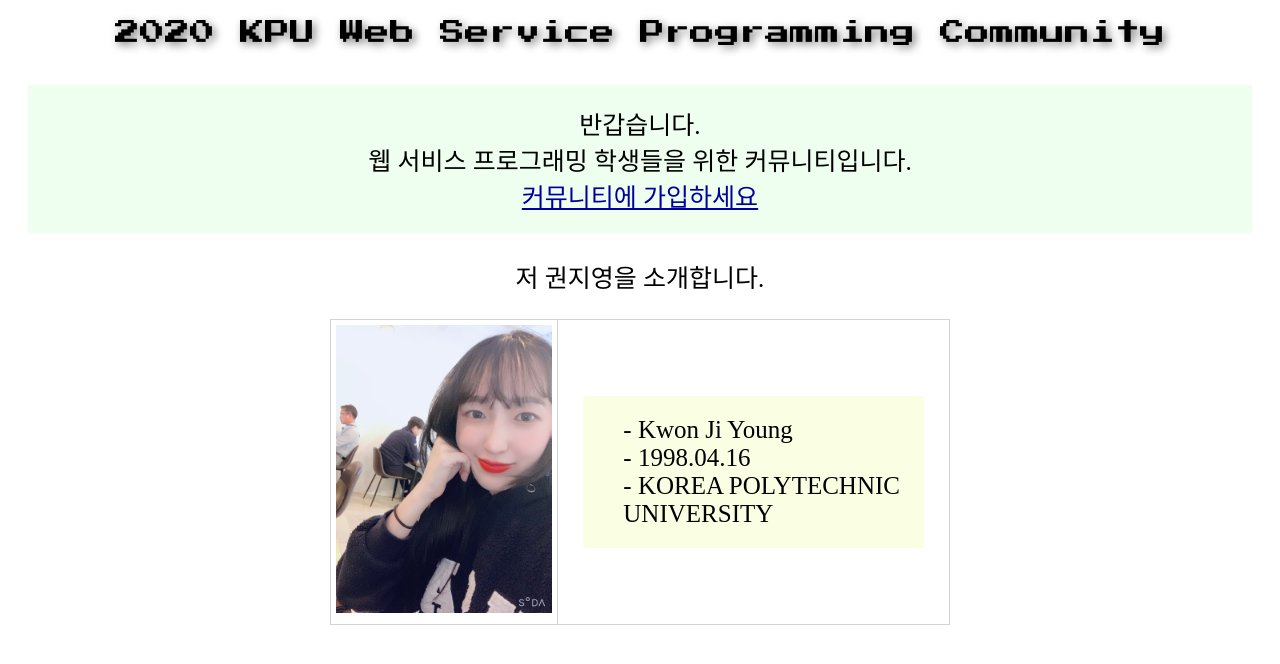
Repository: JiYoung-Kwon/WebProgramming
Page: workspace_20206R/kwonjiyoung_reg/WebContent/welcome.html
An editor plug-in stored every save of this project. The page is shown before and after the next save, followed by the edit.
The browser window is 1280 px wide. The pictures show the whole page.
Some web fonts or font styles are not loaded; a fallback is used.

Above is the page before, as saved 2020-10-07 07:58:30.

### workspace_20206R/kwonjiyoung_reg/WebContent/welcome.html
<!DOCTYPE html>
<html>

<head>
<meta charset="UTF-8">
<title>Web Service Programming Homework</title>
<link rel="stylesheet" href="resources/register.css" type="text/css"></link>
</head>

<body>
	<header> 2020 KPU Web Service Programming Community </header>

	<audio src="resources/물방울 - Tido Kang.mp3" autoplay>
	</audio>


	<p id=sect>
		반갑습니다. <br> 웹 서비스 프로그래밍 학생들을 위한 커뮤니티입니다. <br>
		<a	href="http://localhost:8080/kwonjiyoung_reg/StudentServlet?cmd=join" target="_self"> 커뮤니티에 가입하세요</a>
	</p>

	<div>
		<p>저 권지영을 소개합니다.</p>

		<div>
			<table>
				<tr>
					<th> <img src="resources/Jiyoung.jpg" alt="jiyoung" width="216"height="288"></th>
					<td>
						<ul>
							<li> - Kwon Ji Young</li>
							<li> - 1998.04.16</li>
							<li> - KOREA POLYTECHNIC UNIVERSITY </li>
						 </ul>
					</td>
				</tr>

			</table>
		</div>
	</div>
</body>
</html>

### workspace_20206R/kwonjiyoung_reg/WebContent/resources/register.css
@charset "UTF-8";
@import url('https://fonts.googleapis.com/css2?family=Press+Start+2P&display=swap');
@import url('https://fonts.googleapis.com/css2?family=Nanum+Pen+Script&display=swap');
	header
	{
		margin : 20px 10px 40px 10px;
		font-family: 'Press Start 2P', cursive;
		font-size: 25px;
		text-shadow: 3px 3px 8px gray;
		text-align: center;
	}
	body{
		color: black;
		font-family: 'Nanum Pen Script', cursive;
		font-size: 25px;
	}
	div{
		margin-left: auto;
		margin-right: auto;
		width: 70%;
		text-align: center;
	}
	ul{
		list-style:none;
		text-align:left;
		background-color:#FAFEE2;
		margin-left:20px;
		margin-right: 20px;
		padding-top:20px; padding-bottom:20px;
	}
	#sect{
		background-color:#EFFFEF;
		text-align:center;
		margin:20px;
		padding:20px;
	}
	a{
		text-decoration: underline;
		color: #0000a0;
	}
	table{
		border-collapse: collapse;
		width:100%;
	}
	th{
		border: 1px solid lightgray;
		padding: 5px;
		width: 30%;
	}
	td{
		border: 1px solid lightgray;
		padding: 5px;
		width: 70%;
	}

After the next save:
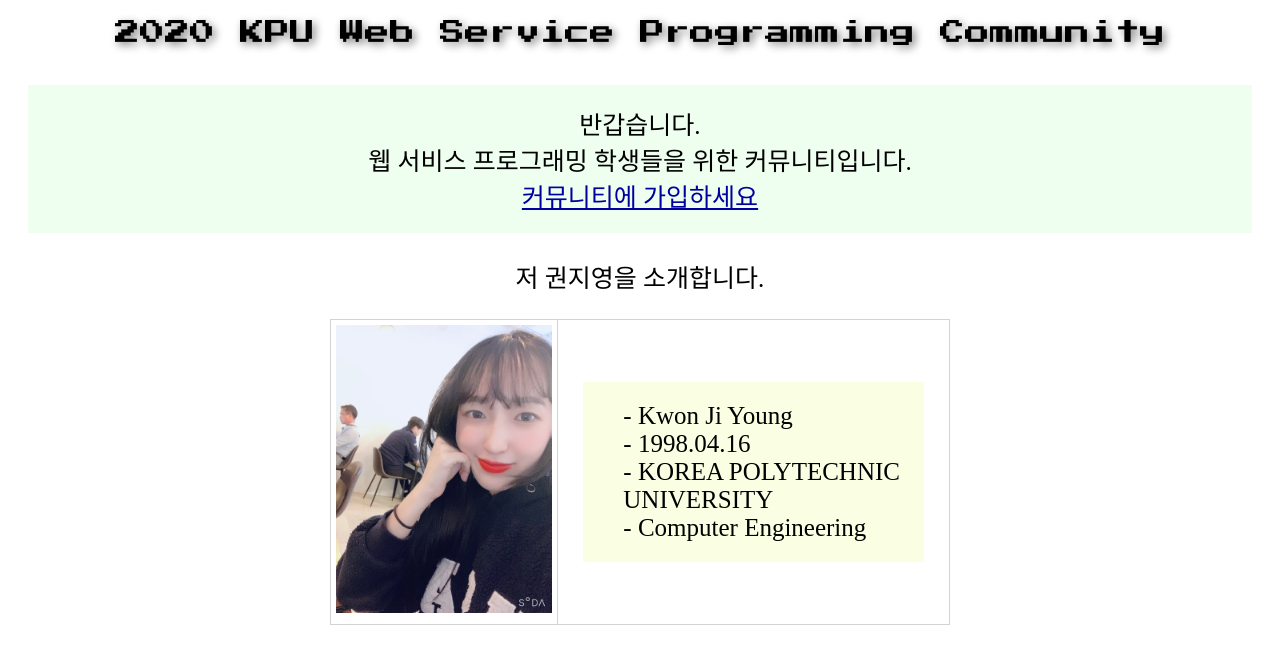
Saved 92 s later.
--- a/workspace_20206R/kwonjiyoung_reg/WebContent/welcome.html
+++ b/workspace_20206R/kwonjiyoung_reg/WebContent/welcome.html
@@ -31,6 +31,7 @@
 							<li> - Kwon Ji Young</li>
 							<li> - 1998.04.16</li>
 							<li> - KOREA POLYTECHNIC UNIVERSITY </li>
+							<li> - Computer Engineering </li>
 						 </ul>
 					</td>
 				</tr>
